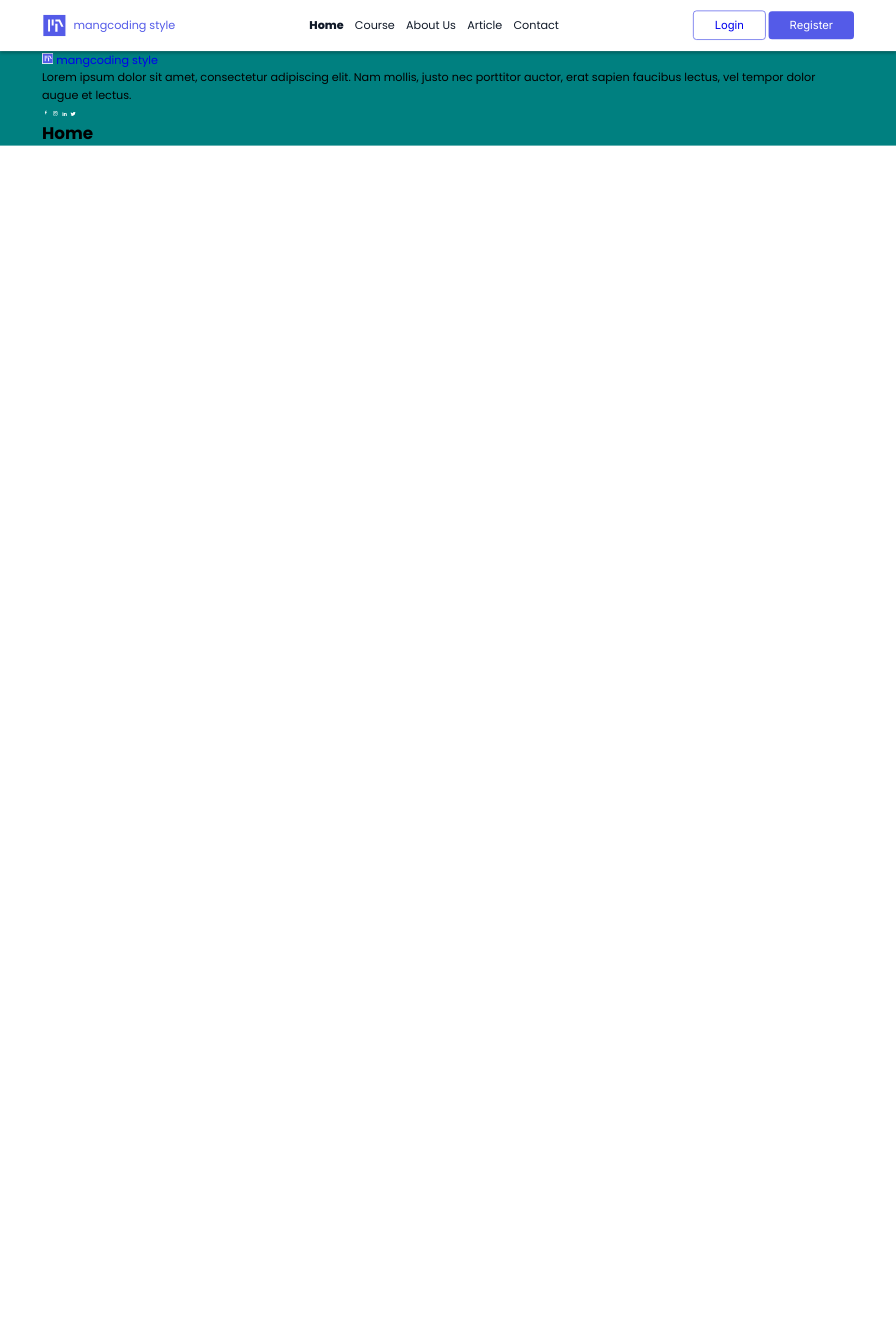
Repository: Dania-Alqam/landing-page
Page: index.html
The author's editor kept a copy of each file at every save. The page is drawn from the files as they stood at one save, then again after the next save.
The browser window is 1280 px wide. The pictures show the part of the page from y = 0 to 1920 px (the page is 5000 px tall), at 70% of full size.

Above is the page before, as saved 2024-06-21 23:37:24.

After the next save:
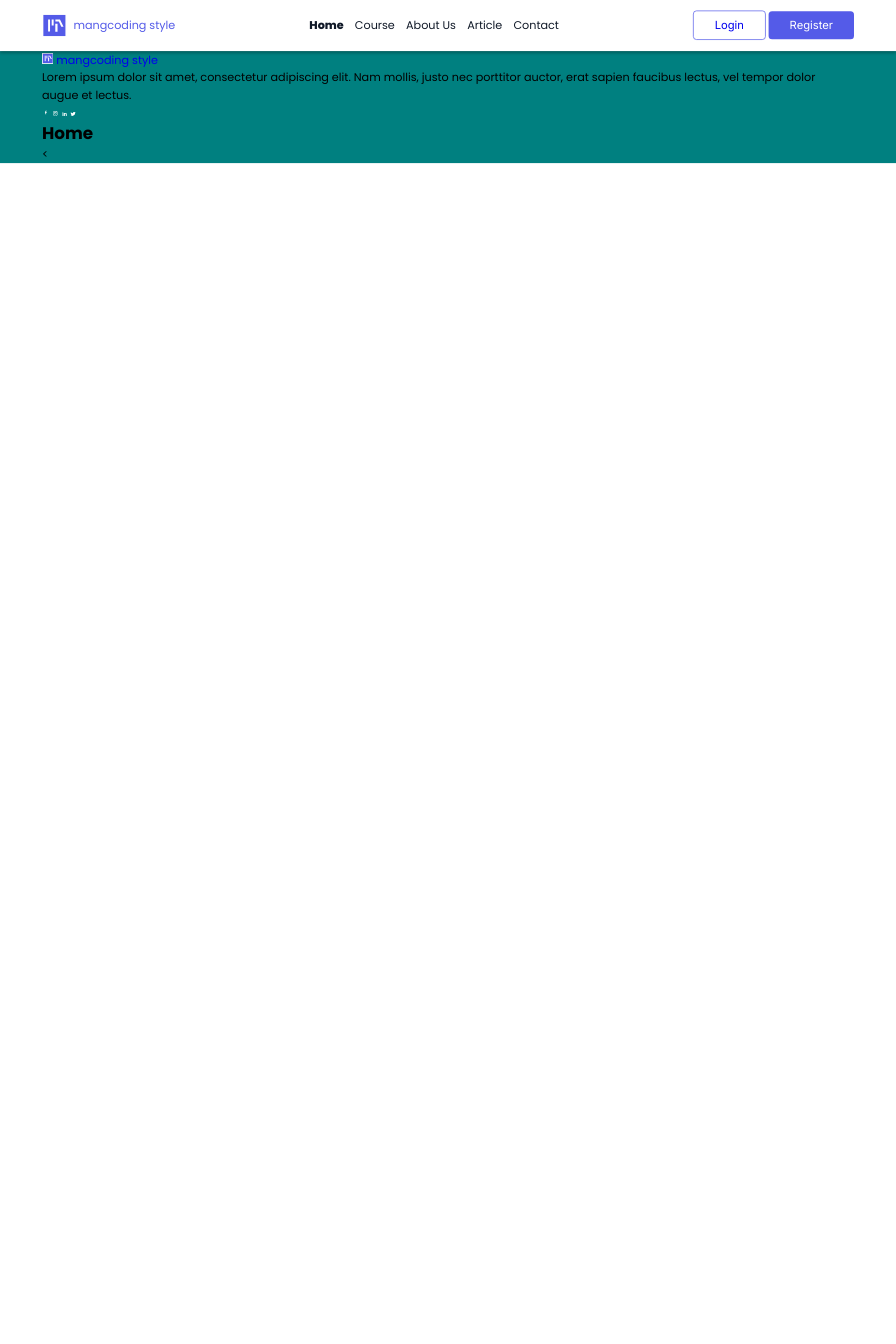
Saved 8 s later.
--- a/index.html
+++ b/index.html
@@ -70,7 +70,7 @@
                     Home
                 </h2>
                 <ul>
-                    <li></li>
+                    <li><</li>
                 </ul>
               </div>
               <div class="footer-item"></div>

After the save that followed:
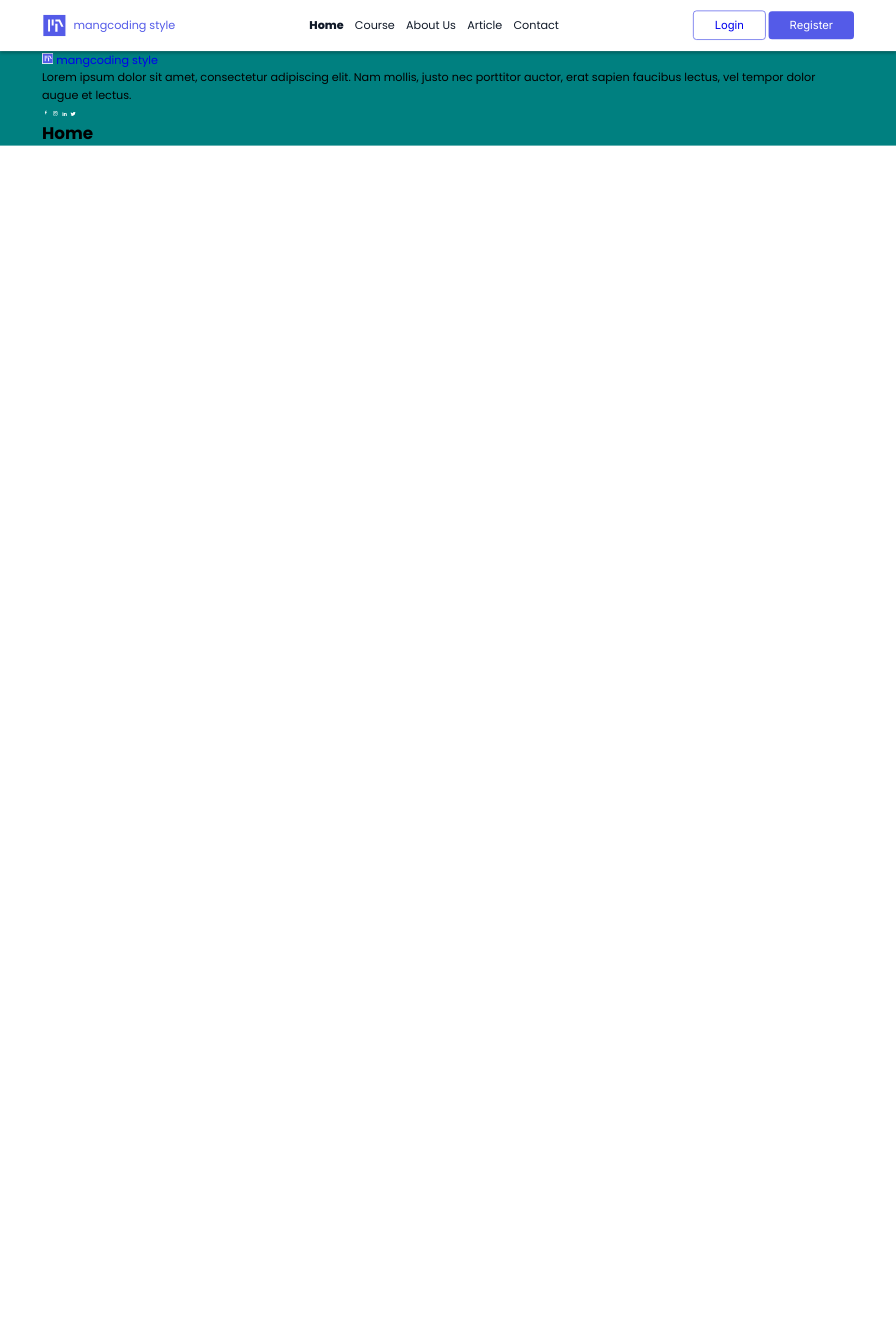
Saved 4 s later.
--- a/index.html
+++ b/index.html
@@ -70,7 +70,9 @@
                     Home
                 </h2>
                 <ul>
-                    <li><</li>
+                    <li>
+                        <a></a>
+                    </li>
                 </ul>
               </div>
               <div class="footer-item"></div>
